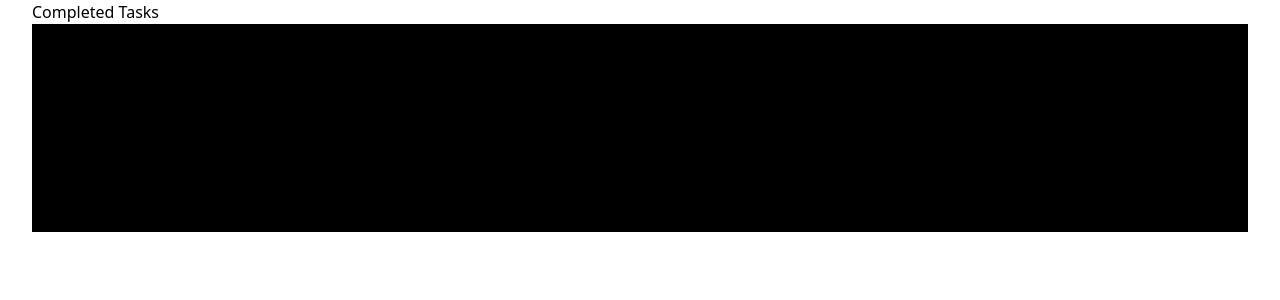
Repository: thekingisherenow/personalTodo
Page: /
An editor plug-in stored every save of this project. The page is shown before and after the next save, followed by the edit.
The browser window is 1280 px wide. The pictures show the whole page.
The project was rebuilt for these pictures with package versions that can differ from the ones it lists, and the page was loaded fresh each time. The framework's server and built-in components were replaced by stand-ins that run in the browser. Also part of the build but not shown: next.config.js.

Above is the page before, as saved 2022-12-15 14:52:13.

After the next save:
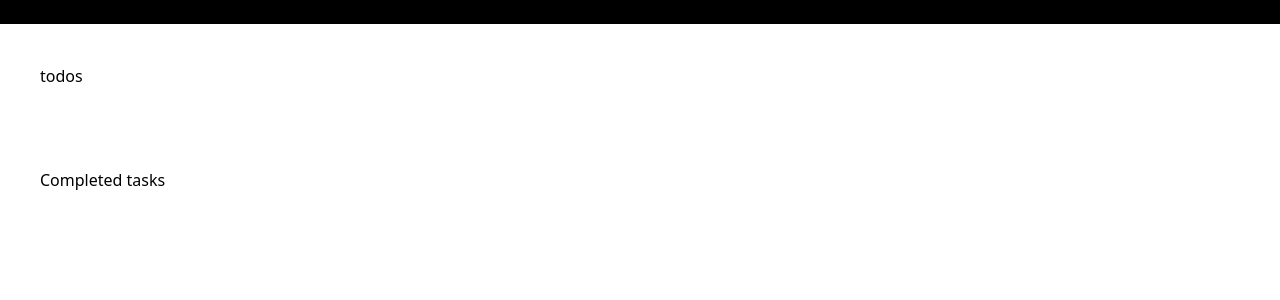
Saved 32 s later.
--- a/pages/index.js
+++ b/pages/index.js
@@ -6,15 +6,15 @@ import styles from '../styles/Home.module.css'
 
 export default function Home() {
   return (
-    <div className={styles.container}>
+    <div>
       <Head>
         <title>Create Next App</title>
         <meta name="description" content="To-do App" />
         <link rel="icon" href="/favicon.ico" />
       </Head>
 
-     <div className='bg-black'>
-      <h1 className='bg-white'>Completed Tasks</h1>
+     <div className='bg-white'>
+      <h1 className='bg-black'>Completed Tasks</h1>
       <Todos/>
       <Completed />
      </div>
